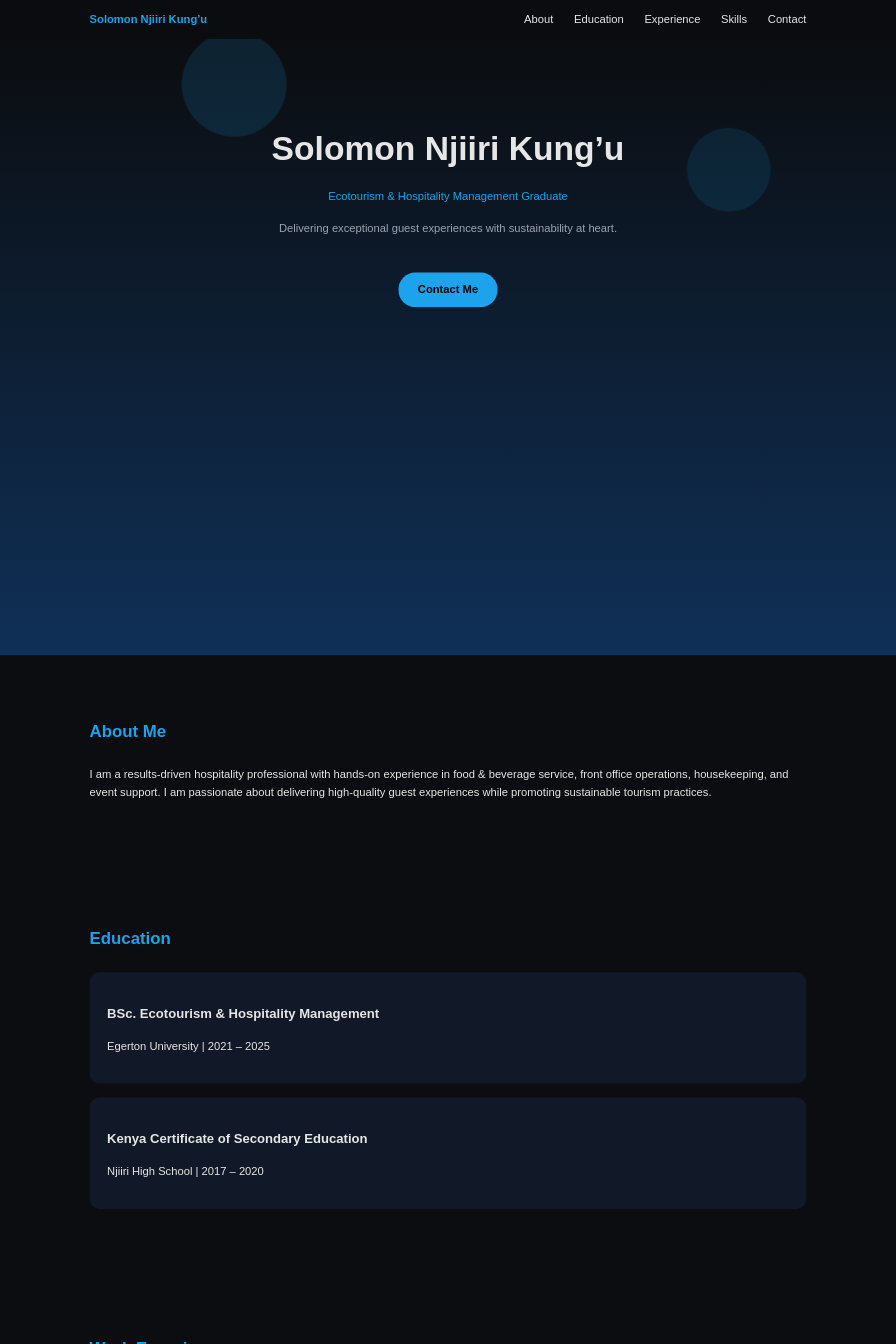
Repository: ladygit-comits/Solomon_Portfolio
Page: index.html
The author's editor kept a copy of each file at every save. The page is drawn from the files as they stood at one save, then again after the next save.
The browser window is 1280 px wide. The pictures show the part of the page from y = 0 to 1920 px (the page is 3995 px tall), at 70% of full size.

Above is the page before, as saved 2025-12-31 13:16:39.

### index.html
<!DOCTYPE html>
<html lang="en">
<head>
  <meta charset="UTF-8">
  <title>Solomon Njiiri Kung’u | Hospitality Management</title>
  <link rel="stylesheet" href="style.css">
</head>
<body>
<!-- NAVBAR -->
<header class="navbar">
  <div class="logo">Solomon Njiiri Kung’u</div>
  <nav>
    <a href="#about">About</a>
    <a href="#education">Education</a>
    <a href="#experience">Experience</a>
    <a href="#skills">Skills</a>
    <a href="#contact">Contact</a>
  </nav>
</header>

  <!-- HERO -->
  <section class="hero">
    <h1>Solomon Njiiri Kung’u</h1>
    <p class="subtitle">Ecotourism & Hospitality Management Graduate</p>
    <p class="tagline">
      Delivering exceptional guest experiences with sustainability at heart.
    </p>
    <a href="#contact" class="btn">Contact Me</a>
  </section>

  <!-- ABOUT -->
  <section id="about" class="section">
    <h2>About Me</h2>
    <p>
      I am a results-driven hospitality professional with hands-on experience in
      food & beverage service, front office operations, housekeeping, and event support.
      I am passionate about delivering high-quality guest experiences while promoting
      sustainable tourism practices.
    </p>
  </section>

  <!-- EDUCATION -->
  <section id="education" class="section">
    <h2>Education</h2>
    <div class="card">
      <h3>BSc. Ecotourism & Hospitality Management</h3>
      <p>Egerton University | 2021 – 2025</p>
    </div>
    <div class="card">
      <h3>Kenya Certificate of Secondary Education</h3>
      <p>Njiiri High School | 2017 – 2020</p>
    </div>
  </section>

  <!-- EXPERIENCE -->
  <section id="experience" class="section">
    <h2>Work Experience</h2>

    <div class="card highlight">
      <h3>Waiter – Radisson Blu Hotel</h3>
      <p>August 2025</p>
      <ul>
        <li>Delivered high-quality customer service in a fast-paced luxury hotel.</li>
        <li>Supported international events hosted by the World Bank, IMF, and University of Antwerp.</li>
        <li>Provided professional service to international delegates.</li>
      </ul>
    </div>

    <div class="card">
      <h3>Waiter – Shuhan Hotel, Thika</h3>
      <p>February 2025</p>
      <ul>
        <li>Provided excellent customer service.</li>
        <li>Assisted in housekeeping and hygiene maintenance.</li>
      </ul>
    </div>

    <div class="card">
      <h3>Intern – Hotel Operations</h3>
      <p>May 2024 – August 2024</p>
      <ul>
        <li>Housekeeping & guestroom standards.</li>
        <li>Front office check-ins and reservations.</li>
        <li>Kitchen stewarding and hygiene.</li>
        <li>Food & beverage service.</li>
      </ul>
    </div>
  </section>

  <!-- SKILLS -->
  <section id="skills" class="section">
    <h2>Key Skills</h2>
    <div class="skills">
      <span>Customer Service</span>
      <span>Food & Beverage Service</span>
      <span>Front Office Operations</span>
      <span>Housekeeping Standards</span>
      <span>Event Support</span>
      <span>Sustainable Tourism</span>
    </div>
  </section>

  <!-- VOLUNTEERING -->
  <section id="volunteering" class="section">
    <h2>Volunteering</h2>
    <div class="card">
      <h3>Volunteer – KSPCA (Dogtober Festival)</h3>
      <p>October 2024</p>
      <ul>
        <li>Welcomed guests and provided event guidance.</li>
        <li>Assisted with pet handling and guest engagement.</li>
      </ul>
    </div>
  </section>

  <!-- CONTACT -->
  <section class="section contact" id="contact">
    <h2>Contact</h2>
    <p>Email: <a href="mailto:kungunjiiri@gmail.com">kungunjiiri@gmail.com</a></p>
    <p>Phone: 0112619291</p>
  </section>
<script src="script.js"></script>
<button id="scrollTopBtn" title="Go to top">↑</button>
</body>
</html>

### style.css
:root {
  --black: #0B0D10;
  --dark-blue: #0F3057;
  --accent-blue: #1CA3EC;
  --text-light: #E6E6E6;
  --muted-gray: #9AA4AF;
}

body {
  margin: 0;
  font-family: "Poppins", sans-serif;
  background: var(--black);
  color: var(--text-light);
  line-height: 1.6;
}

.hero {
  min-height: 100vh;
  padding: 80px 20px;
  text-align: center;
  background: linear-gradient(180deg, #0B0D10, #0F3057);
}

.hero h1 {
  font-size: 3rem;
  margin-bottom: 10px;
}

.subtitle {
  color: var(--accent-blue);
  font-weight: 500;
}

.tagline {
  max-width: 600px;
  margin: 20px auto;
  color: var(--muted-gray);
}

.btn {
  display: inline-block;
  margin-top: 30px;
  padding: 12px 28px;
  background: var(--accent-blue);
  color: #000;
  text-decoration: none;
  border-radius: 30px;
  font-weight: 600;
}

.section {
  padding: 70px 10%;
}

.section h2 {
  color: var(--accent-blue);
  margin-bottom: 30px;
}

.card {
  background: #111827;
  padding: 25px;
  border-radius: 14px;
  margin-bottom: 20px;
}

.card.highlight {
  border: 1px solid var(--accent-blue);
}

.skills span {
  display: inline-block;
  background: #1f2933;
  padding: 10px 16px;
  margin: 8px;
  border-radius: 20px;
  font-size: 0.9rem;
}

.contact a {
  color: var(--accent-blue);
  text-decoration: none;
}
.hero h1, .subtitle, .tagline, .btn {
  transform: translateY(20px);
  opacity: 0;
}

.card {
  transition: transform 0.3s ease, box-shadow 0.3s ease;
}

.btn:hover {
  box-shadow: 0 0 20px var(--accent-blue), 0 0 40px var(--accent-blue);
  transform: translateY(-3px);
}
/* NAVBAR */
.navbar {
  position: sticky;
  top: 0;
  display: flex;
  justify-content: space-between;
  align-items: center;
  padding: 15px 10%;
  background: rgba(11,13,16,0.95);
  z-index: 1000;
}

.navbar .logo {
  font-weight: 700;
  color: var(--accent-blue);
}

.navbar nav a {
  color: var(--text-light);
  margin-left: 25px;
  text-decoration: none;
  font-weight: 500;
  transition: color 0.3s;
}

.navbar nav a:hover {
  color: var(--accent-blue);
}

/* SCROLL TO TOP BUTTON */
#scrollTopBtn {
  position: fixed;
  bottom: 30px;
  right: 30px;
  padding: 12px 16px;
  font-size: 20px;
  border: none;
  border-radius: 50%;
  background-color: var(--accent-blue);
  color: #000;
  cursor: pointer;
  display: none; /* hide by default */
  box-shadow: 0 4px 12px rgba(28,163,236,0.4);
  transition: opacity 0.3s, transform 0.3s;
}

#scrollTopBtn:hover {
  transform: translateY(-3px);
  opacity: 0.8;
}

/* TYPEWRITER TAGLINE */
.typewriter {
  overflow: hidden;
  border-right: 2px solid var(--accent-blue);
  white-space: nowrap;
  margin: 0 auto;
  letter-spacing: 2px;
  animation: typing 4s steps(60, end), blink 0.7s infinite;
}

@keyframes typing {
  from { width: 0; }
  to { width: 100%; }
}

@keyframes blink {
  50% { border-color: transparent; }
}

/* FLOATING SHAPES */
.hero::before {
  content: '';
  position: absolute;
  width: 150px;
  height: 150px;
  background: var(--accent-blue);
  border-radius: 50%;
  top: 50px;
  left: 20%;
  opacity: 0.15;
  animation: float 6s ease-in-out infinite alternate;
}

.hero::after {
  content: '';
  position: absolute;
  width: 120px;
  height: 120px;
  background: var(--accent-blue);
  border-radius: 50%;
  top: 200px;
  right: 15%;
  opacity: 0.12;
  animation: float 8s ease-in-out infinite alternate-reverse;
}

@keyframes float {
  0% { transform: translateY(0) translateX(0); }
  50% { transform: translateY(-20px) translateX(15px); }
  100% { transform: translateY(0) translateX(0); }
}

### script.js
// script.js
document.addEventListener('DOMContentLoaded', function() {
  // HERO fade-in
  const heroElements = document.querySelectorAll('.hero h1, .subtitle, .tagline, .btn');
  heroElements.forEach((el, i) => {
    el.style.opacity = 0;
    setTimeout(() => {
      el.style.transition = 'opacity 1s ease-out, transform 1s ease-out';
      el.style.opacity = 1;
      el.style.transform = 'translateY(0)';
    }, i * 300);
  });

  // Card hover effect
  const cards = document.querySelectorAll('.card');
  cards.forEach(card => {
    card.addEventListener('mouseenter', () => {
      card.style.transform = 'translateY(-10px)';
      card.style.boxShadow = '0 15px 30px rgba(28,163,236,0.3)';
    });
    card.addEventListener('mouseleave', () => {
      card.style.transform = 'translateY(0)';
      card.style.boxShadow = 'none';
    });
  });

  // Smooth scroll for CTA and contact links
  const links = document.querySelectorAll('a[href^="#"]');
  links.forEach(link => {
    link.addEventListener('click', function(e) {
      e.preventDefault();
      document.querySelector(this.getAttribute('href')).scrollIntoView({
        behavior: 'smooth'
      });
    });
  });
});

After the next save:
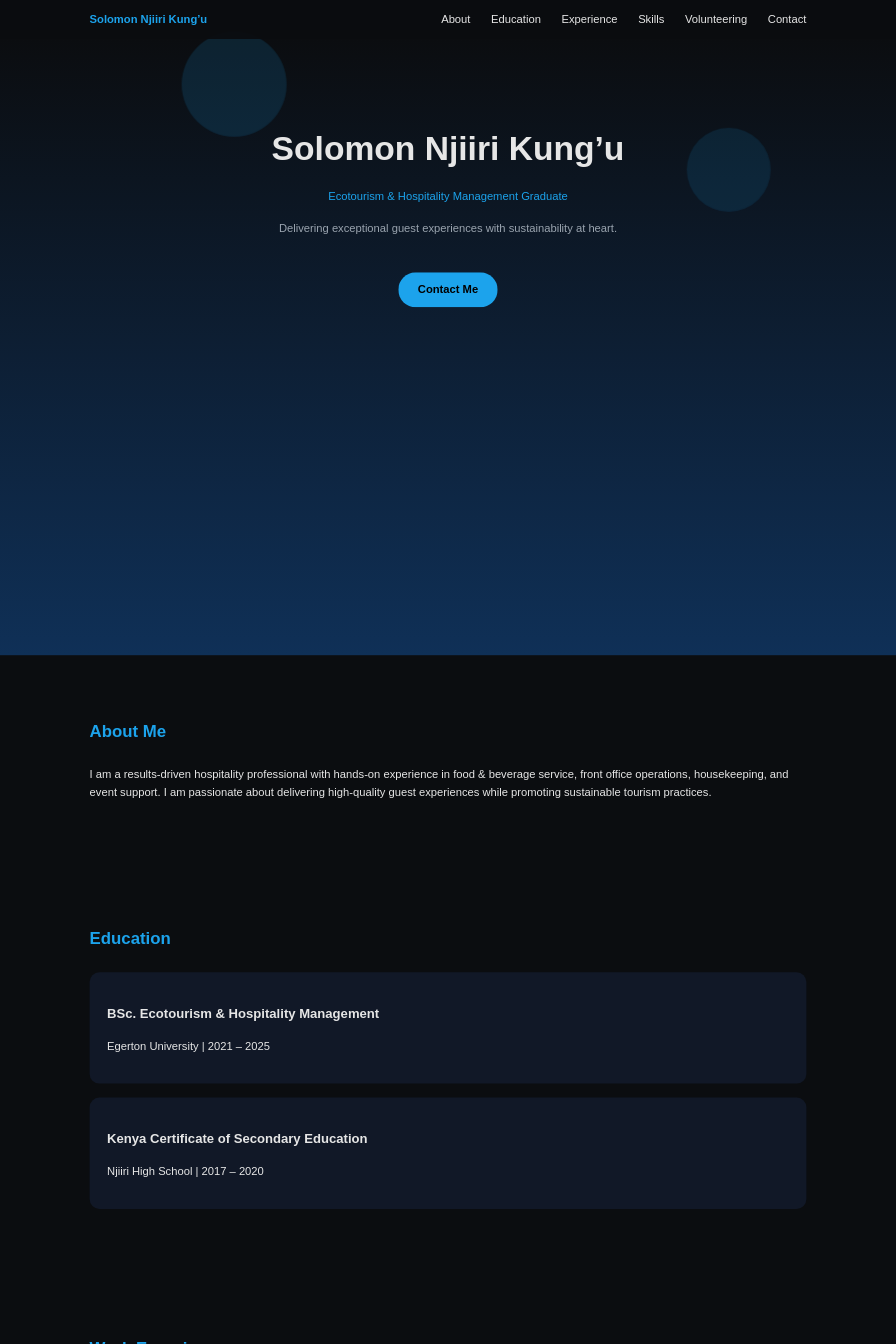
Saved 16 s later.
--- a/index.html
+++ b/index.html
@@ -14,6 +14,7 @@
     <a href="#education">Education</a>
     <a href="#experience">Experience</a>
     <a href="#skills">Skills</a>
+     <a href="#volunteering">Volunteering</a>
     <a href="#contact">Contact</a>
   </nav>
 </header>
